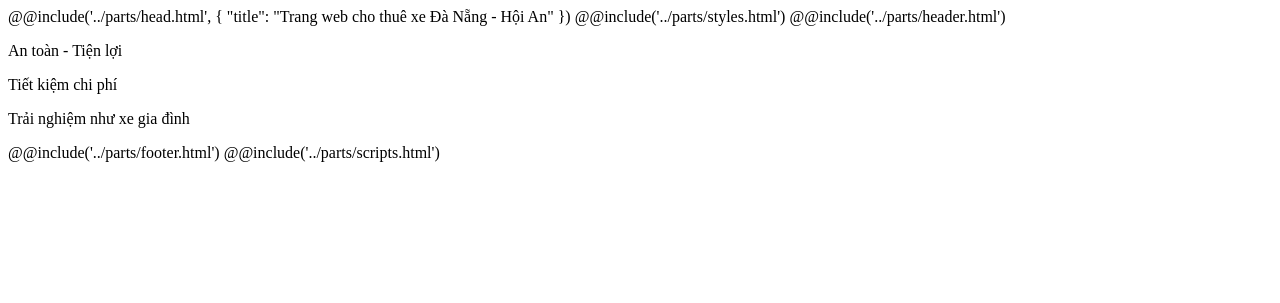
Repository: thanhthien0706/last_project--fe004
Page: lastProductF004/src/views/pages/index.html
These files come from the project's save history. The page is drawn as it stood at one moment and after the next save; the edit follows.
The browser window is 1280 px wide. The pictures show the whole page.

Above is the page before, as saved 2021-09-16 19:34:49.

### lastProductF004/src/views/pages/index.html
<html lang="vi">

<head>
  <!-- include head.html -->
  @@include('../parts/head.html', {
  "title": "Trang web cho thuê xe Đà Nẵng - Hội An"
  })
  <!-- include styles.html -->
  @@include('../parts/styles.html')
</head>

<body class="wrapper">
  @@include('../parts/header.html')
  <section>

    <section class="section_01">
      <div class="container_new_edit">
        <div class="box_main_slide">
          <!-- slide 1 -->
          <div class="box_content_slide">
            <div class="box_slogan">
              <p class="slogan_1">An toàn - Tiện lợi</p>
              <p class="slogan_2">Tiết kiệm chi phí</p>
              <p class="slogan_3"><span class="sp_slogan_1">Trải nghiệm</span> như xe <span class="sp_slogan_2">gia đình</span></p>
            </div>
          </div>

        </div>
      </div>
    </section>

  </section>
  @@include('../parts/footer.html')

  <!-- include scripts.html -->
  @@include('../parts/scripts.html')
</body>

</html>

After the next save:
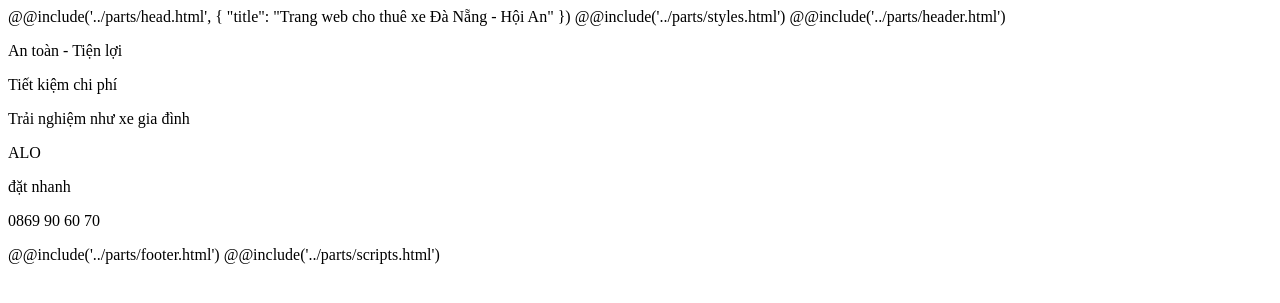
Saved 2 min 18 s later.
--- a/lastProductF004/src/views/pages/index.html
+++ b/lastProductF004/src/views/pages/index.html
@@ -18,11 +18,25 @@
         <div class="box_main_slide">
           <!-- slide 1 -->
           <div class="box_content_slide">
+
             <div class="box_slogan">
               <p class="slogan_1">An toàn - Tiện lợi</p>
               <p class="slogan_2">Tiết kiệm chi phí</p>
               <p class="slogan_3"><span class="sp_slogan_1">Trải nghiệm</span> như xe <span class="sp_slogan_2">gia đình</span></p>
             </div>
+
+            <div class="box_contact">
+              <div class="box_icon">
+                <p class="icon">ALO</p>
+              </div>
+              <div class="box_text">
+                <p>đặt nhanh</p>
+                <p class="sdt">
+                  0869 90 60 70
+                </p>
+              </div>
+            </div>
+
           </div>
 
         </div>
